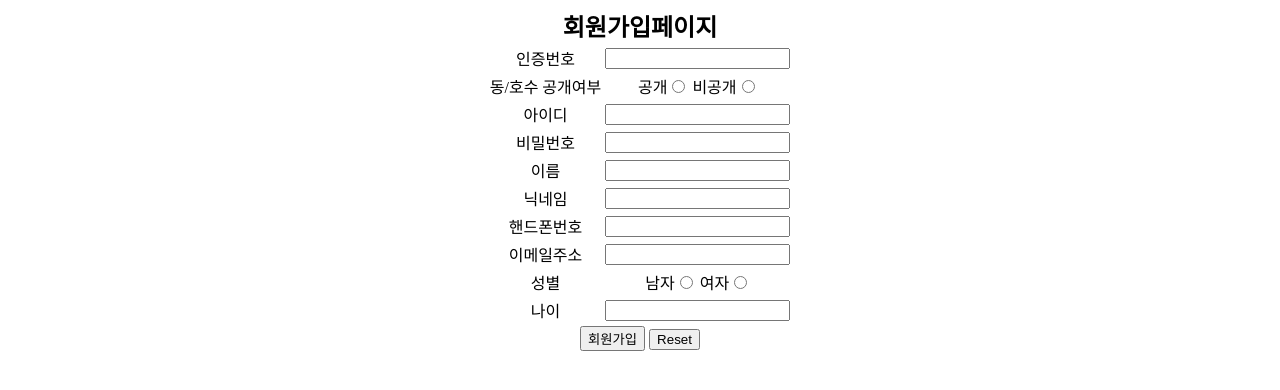
Repository: leejonggwon/Amora-Project
Page: http://localhost/MemberSystem/join.jsp
These files come from the project's save history. The page is drawn as it stood at one moment and after the next save; the edit follows.
The browser window is 1280 px wide. The pictures show the whole page.
The page is served by Tomcat 9. Other server files are loaded and not shown.

Above is the page before, as saved 2023-07-22 10:36:29.

### 04.Server/MemberSystem/src/main/webapp/join.jsp
<%@ page language="java" contentType="text/html; charset=EUC-KR"
    pageEncoding="EUC-KR"%>
<!DOCTYPE html>
<html>
<head>
<meta charset="EUC-KR">
<title>Insert title here</title>
<style type="text/css">
   #wrap, h2, table{
      margin: auto;
      text-align: center;
   }

</style>
</head>
<body>
   <div id="wrap">
      <h2>회원가입페이지</h2>
      <form action="joinService.jsp" method="post">
         <table>
            <tr>
               <td>인증번호</td>
               <td><input type="text" name="id"></td>
            </tr>
             <tr>
               <td>동/호수 공개여부</td>
               <td>
                  공개<input type="radio" name="gender" value="남자">
                  비공개<input type="radio" name="gender" value="여자">
               </td>
            <tr>
               <td>아이디</td>
               <td><input type="password" name="pw"></td>
            </tr>
            <tr>
               <td>비밀번호</td>
               <td><input type="text" name="nick"></td>
            </tr>
            <tr>
               <td>이름</td>
               <td><input type="email" name="email"></td>
            </tr>
            <tr>
               <td>닉네임</td>
               <td><input type="tel" name="phone"></td>
            </tr>
            <tr>
               <td>핸드폰번호</td>
               <td><input type="tel" name="phone"></td>
            </tr>
            <tr>
               <td>이메일주소</td>
               <td><input type="tel" name="phone"></td>
            </tr>
            <tr>
               <td>성별</td>
               <td>
                  남자<input type="radio" name="gender" value="남자">
                  여자<input type="radio" name="gender" value="여자">
               </td>
            </tr>
            <tr>
               <td>나이</td>
               <td><input type="number" name="age"></td>
            </tr>
            <tr>
               <td colspan="2">
                  <input type="submit" value="회원가입">
                  <input type="reset">
               </td>
            </tr>



         </table>
      </form>
   </div>
</body>
</html>

After the next save:
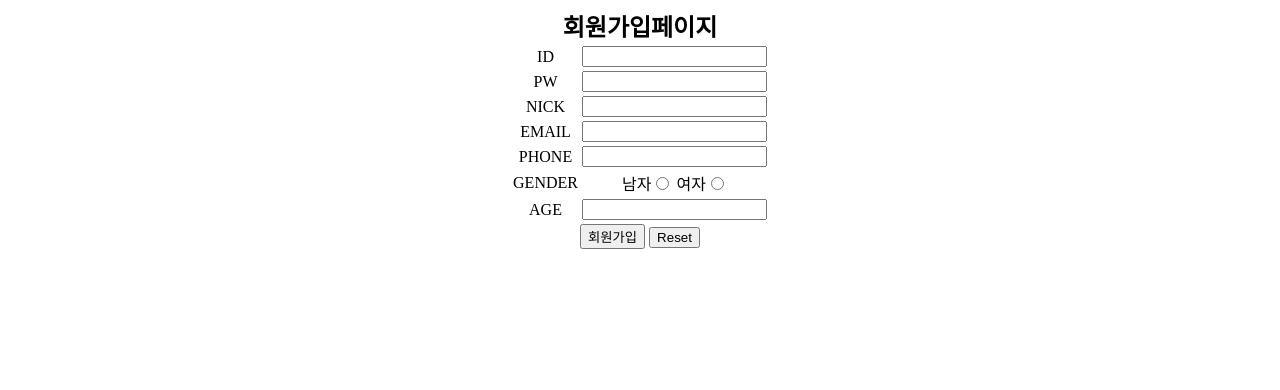
Saved 8 min 24 s later.
--- a/04.Server/MemberSystem/src/main/webapp/join.jsp
+++ b/04.Server/MemberSystem/src/main/webapp/join.jsp
@@ -19,48 +19,34 @@
       <form action="joinService.jsp" method="post">
          <table>
             <tr>
-               <td>인증번호</td>
+               <td>ID</td>
                <td><input type="text" name="id"></td>
             </tr>
-             <tr>
-               <td>동/호수 공개여부</td>
-               <td>
-                  공개<input type="radio" name="gender" value="남자">
-                  비공개<input type="radio" name="gender" value="여자">
-               </td>
             <tr>
-               <td>아이디</td>
+               <td>PW</td>
                <td><input type="password" name="pw"></td>
             </tr>
             <tr>
-               <td>비밀번호</td>
+               <td>NICK</td>
                <td><input type="text" name="nick"></td>
             </tr>
             <tr>
-               <td>이름</td>
+               <td>EMAIL</td>
                <td><input type="email" name="email"></td>
             </tr>
             <tr>
-               <td>닉네임</td>
+               <td>PHONE</td>
                <td><input type="tel" name="phone"></td>
             </tr>
             <tr>
-               <td>핸드폰번호</td>
-               <td><input type="tel" name="phone"></td>
-            </tr>
-            <tr>
-               <td>이메일주소</td>
-               <td><input type="tel" name="phone"></td>
-            </tr>
-            <tr>
-               <td>성별</td>
+               <td>GENDER</td>
                <td>
                   남자<input type="radio" name="gender" value="남자">
                   여자<input type="radio" name="gender" value="여자">
                </td>
             </tr>
             <tr>
-               <td>나이</td>
+               <td>AGE</td>
                <td><input type="number" name="age"></td>
             </tr>
             <tr>
